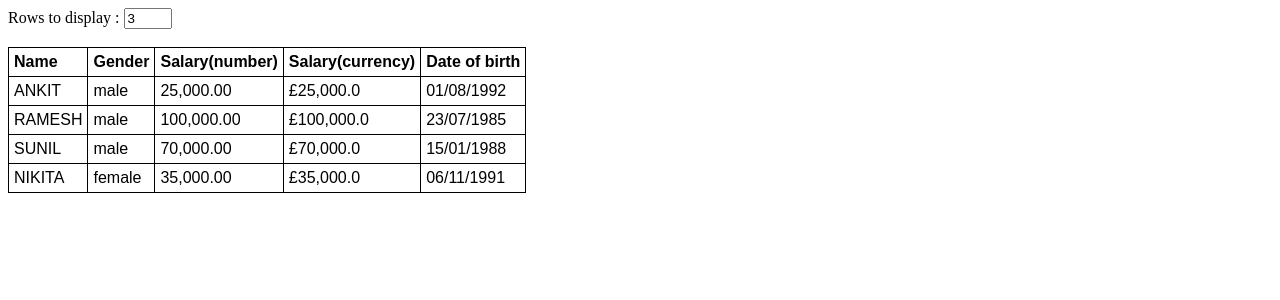
Repository: ammoreloaded/WebProjectFirst
Page: homework/WebProjectFirst/web/filterDemo.html
An editor plug-in stored every save of this project. The page is shown before and after the next save, followed by the edit.
The browser window is 1280 px wide. The pictures show the whole page.

Above is the page before, as saved 2016-05-19 15:21:59.

After the next save:
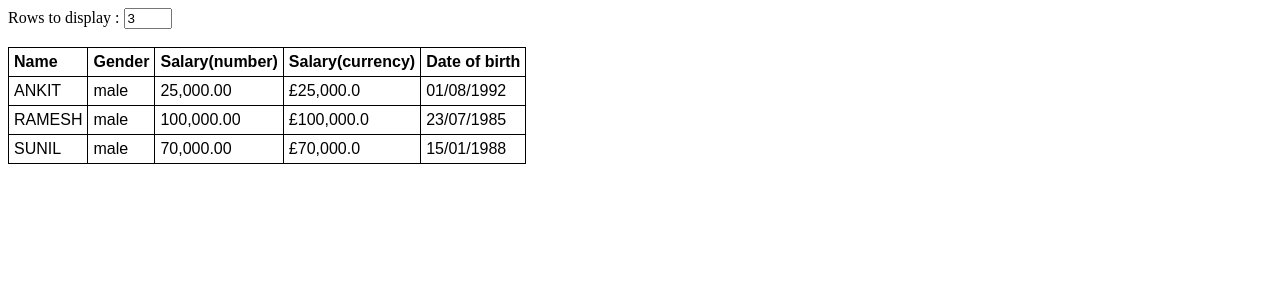
Saved 13 s later.
--- a/homework/WebProjectFirst/web/filterDemo.html
+++ b/homework/WebProjectFirst/web/filterDemo.html
@@ -19,7 +19,7 @@
 				</tr>
 			</thead>
 			<tbody>
-				<tr ng-repeat="employee in employees">
+				<tr ng-repeat="employee in employees | limitTo : 3">
 					<td>{{ employee.name | uppercase}}</td>
 					<td>{{ employee.gender | lowercase }}</td>
 					<td>{{ employee.salary | number : 2 }}</td>
